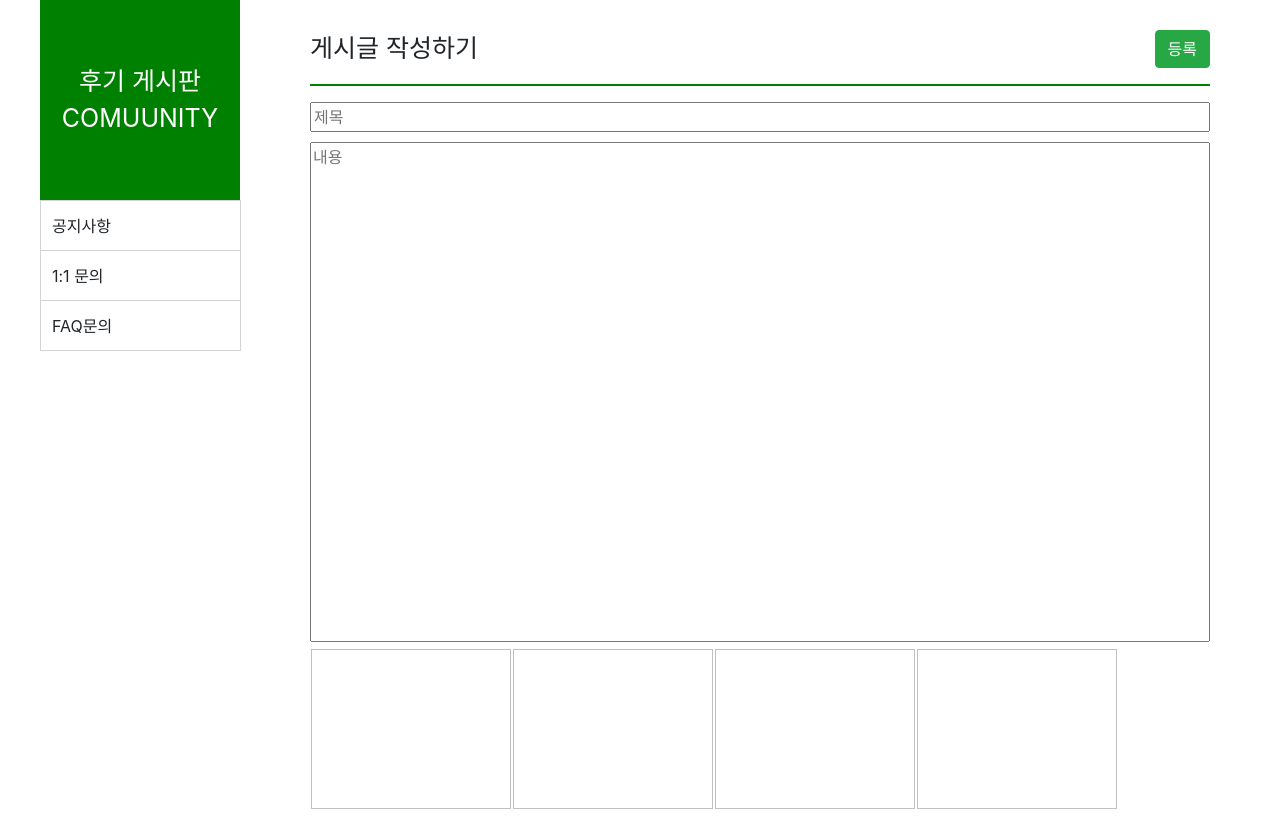
Repository: maru4737/semi
Page: http://localhost/Semi_Project/enroll.fd
These files come from the project's save history. The page is drawn as it stood at one moment and after the next save; the edit follows.
The browser window is 1280 px wide. The pictures show the whole page.
The page is served by Tomcat 9. Other server files are loaded and not shown.

Above is the page before, as saved 2021-12-06 09:54:07.

### Semi_Project/WebContent/views/board/boardEnrollView.jsp
<%@ page language="java" contentType="text/html; charset=UTF-8"
	pageEncoding="UTF-8"%>
	<%String alertMsg = (String)session.getAttribute("alertMsg"); %>
<!DOCTYPE html>
<html>
<head>
<meta charset="UTF-8">
<meta http-equiv="X-UA-Compatible" content="IE=edge">
<meta name="viewport" content="width=device-width, initial-scale=1.0">
<title>자유게시판</title>
<!-- Latest compiled and minified CSS -->
<link rel="stylesheet"
	href="https://maxcdn.bootstrapcdn.com/bootstrap/4.5.2/css/bootstrap.min.css">

<!-- jQuery library -->
<script
	src="https://ajax.googleapis.com/ajax/libs/jquery/3.5.1/jquery.min.js"></script>

<!-- Popper JS -->
<script
	src="https://cdnjs.cloudflare.com/ajax/libs/popper.js/1.16.0/umd/popper.min.js"></script>

<!-- Latest compiled JavaScript -->
<script
	src="https://maxcdn.bootstrapcdn.com/bootstrap/4.5.2/js/bootstrap.min.js"></script>

<style>
.wrap {
	width: 1200px;
	margin: 0px auto;
}

#header {
	width: 100%;
	height: 200px;
}

#board-side {
	float: left;
	width: 20%;
}

#board-title {
	width: 200px;
	height: 200px;
	background: green;
	font-size: 25px;
	font-display: none;
	text-decoration: none;
	text-align: center;
	color: white;
	text-align: center;
	display: table-cell;
	vertical-align: middle;
}

#board-center {
	float: left;
	padding: 30px;
	width: 80%;
}

.hr1 {
	border: 0;
	height: 2px;
	background: green;
}

.table-side td {
	border: 1px solid lightgrey;
	width: 200px;
	height: 50px;
	text-indent: 10px;
	text-align: left;
}

.table-side tr:hover {
	color: green;
}

#board-center-header>span {
	font-size: 25px;
}

#title {
	width: 100%;
	resize: none;
	margin-bottom: 10px;
}

#content {
	width: 100%;
	height: 500px;
	resize: none;
}

.input-file {
	margin: 10px 0px;
}
</style>
</head>

<body>
	<div class="wrap">

		<form action="/javajo/insert.fb" id="enroll-form" method="post"
			enctype="multipart/form-data">

			<input type="hidden" name="userNo" value="1">

			<div id="board-body">
				<div id="board-side">
					<div id="board-title" onclick="location.href=''"
						style="cursor: pointer;">
						<span>후기 게시판</span><br>COMUUNITY
					</div>
					<table class="table-side">
						<tr>
							<td>공지사항</td>
						</tr>
						<tr>
							<td>1:1 문의</td>
						</tr>
						<tr>
							<td>FAQ문의</td>
						</tr>
					</table>
				</div>
				<div id="board-center">
					<div id="board-center-header">
						<span>게시글 작성하기</span>
						<button type="submit" class="btn btn-success"
							style="float: right;" name="submit">등록</button>
					</div>
					<hr class="hr1">
					<div id="in_title">
						<input type="text" name="title" id="title" placeholder="제목"
							required>
					</div>

					<div id="in_content">
						<textarea name="content" id="content" placeholder="내용" required></textarea>
					</div>

					<!-- 미리보기 영역-->
					<table>

						<tr>
							<td><img id="titleImg" width="200" height="160" ></td>
							<td><img id="contentImg1" width="200" height="160"></td>
							<td><img id="contentImg2" width="200" height="160"></td>
							<td><img id="contentImg3" width="200" height="160"></td>
						</tr>
					</table>


					<div id="file-area">
						<input type="file" id="file1" name="file1" onchange="loadImg(this,1)" required>
						<input type="file" id="file2" name="file2" onchange="loadImg(this,2)">
						<input type="file" id="file3" name="file3" onchange="loadImg(this,3)">
						<input type="file" id="file4" name="file4" onchange="loadImg(this,4)">
					</div>

					<script>
						$(function() {

							$("#file-area").hide();

							$("#titleImg").click(function() {
								$("#file1").click();
							});

							$("#contentImg1").click(function() {
								$("#file2").click();
							})
							$("#contentImg2").click(function() {
								$("#file3").click();
							})
							$("#contentImg3").click(function() {
								$("#file4").click();
							})
						});

						function loadImg(inputFile, num) {

							// inputFile : 현재 변화가 생긴 <input type="file"> 요소 객체
							// num : 몇번째 input 요소인지 확인 후 그 해당 영역에 미리보기 하기 위한 변수

							console.log(inputFile.files.length);
							// inputFile.files.length : 파일 선택 시 1, 파일 선택 취소 시 0이 찍힘
							// => 파일의 존재 유무를 알 수 있다.

							// files 속성 " 업로드된 파일의 정보들을 배열 형식으로 여러개 묶어서 반환"

							if (inputFile.files.length == 1) { // 파일이 있는 경우

								// 선택된 파일을 읽어들여서 그 영역에 맞는 곳에 미리보기

								// 파일을 읽어들일 FileReader 객체 생성
								var reader = new FileReader();

								// FileReader 객체로부터 파일을 읽어들이는 메소드를 호출
								// 어느 파일을 읽어들일건지 매개변수로 제시해야함 !!
								// 0번 인덱스에 담긴 파일 정보를 제시
								reader.readAsDataURL(inputFile.files[0]);
								// => 해당 파일을 읽어들이는 순간
								//    해당 그 파일만의 고유한 url 이 부여됨
								// => 해당 url 을 src 속성으로 부여할것 !

								// 파일 읽기가 완료되었을 때 실행할 함수를 정의
								reader.onload = function(e) {
									// e의 target => e.target => 이벤트 당한 객체 (this)

									// e 의 target.result 에 각 파일의 url 이 담긴다.
									// e.target.result == this.result

									// 각 영역에 맞춰서 이미지 미리보기
									switch (num) {
									case 1:
										$("#titleImg").attr("src", e.target.result);
										break;
									case 2:
										$("#contentImg1").attr("src", e.target.result);
										break;
									case 3:
										$("#contentImg2").attr("src", e.target.result);
										break;
									case 4:
										$("#contentImg3").attr("src", e.target.result);
										break;
									}
								};

							} else { // 파일이 없는 경우
								// 미리보기 사라지게 하기
								// src=null 을 담아서 사라지게 할 것

								switch (num) {
								case 1:
									$("#titleImg").attr("src", null);
									break;
								case 2:
									$("#contentImg1").attr("src", null);
									break;
								case 3:
									$("#contentImg2").attr("src", null);
									break;
								case 4:
									$("#contentImg3").attr("src", null);
									break;
								}

							}

						}
					</script>

				</div>
			</div>
		</form>
	</div>
</body>

</html>

### Semi_Project/src/com/kh/f_board/controller/F_boardEnrollController.java
package com.kh.f_board.controller;

import java.io.IOException;
import javax.servlet.ServletException;
import javax.servlet.annotation.WebServlet;
import javax.servlet.http.HttpServlet;
import javax.servlet.http.HttpServletRequest;
import javax.servlet.http.HttpServletResponse;

/**
 * Servlet implementation class F_boardEnrollController
 */
@WebServlet("/enroll.fd")
public class F_boardEnrollController extends HttpServlet {
	private static final long serialVersionUID = 1L;

    /**
     * @see HttpServlet#HttpServlet()
     */
    public F_boardEnrollController() {
        super();
        // TODO Auto-generated constructor stub
    }

	/**
	 * @see HttpServlet#doGet(HttpServletRequest request, HttpServletResponse response)
	 */
	protected void doGet(HttpServletRequest request, HttpServletResponse response) throws ServletException, IOException {

		request.getRequestDispatcher("views/board/boardEnrollView.jsp").forward(request, response);

	}

	/**
	 * @see HttpServlet#doPost(HttpServletRequest request, HttpServletResponse response)
	 */
	protected void doPost(HttpServletRequest request, HttpServletResponse response) throws ServletException, IOException {
		// TODO Auto-generated method stub
		doGet(request, response);
	}

}

After the next save:
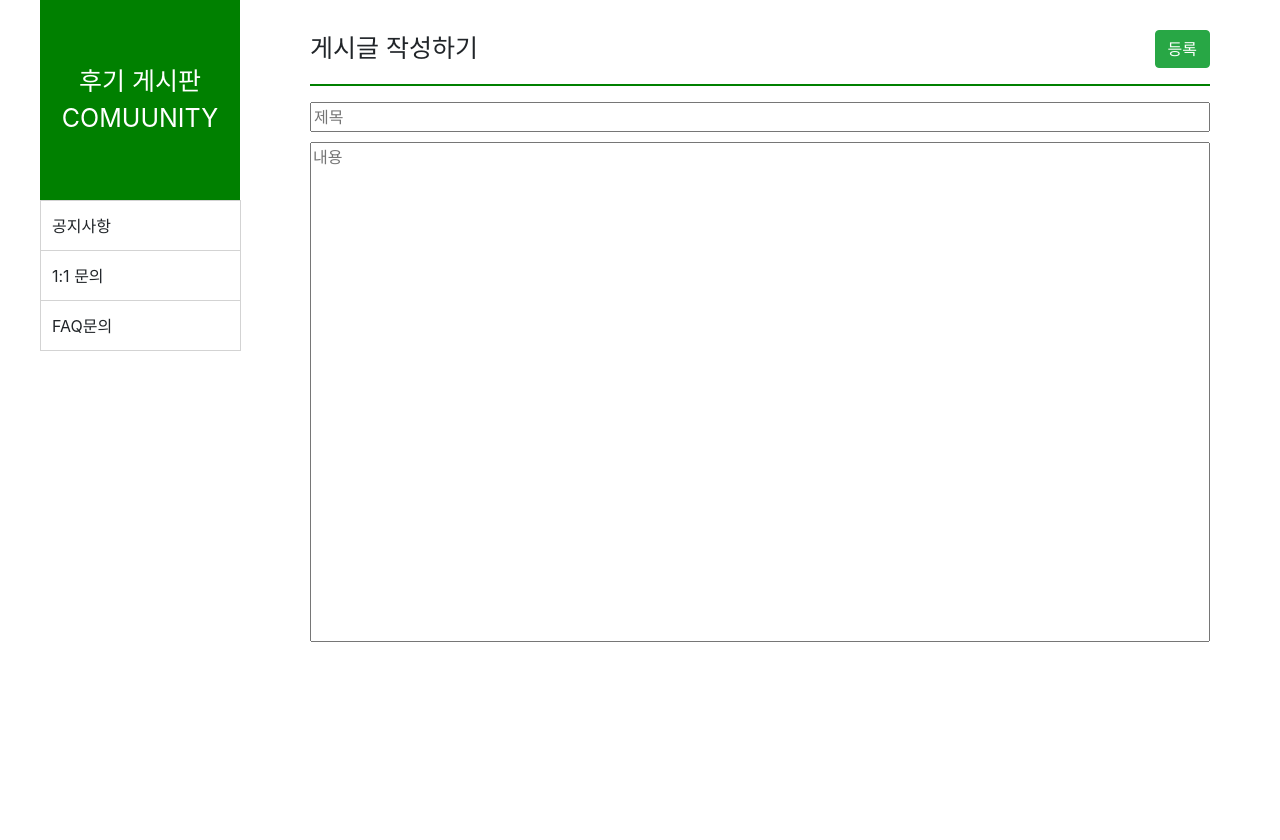
Saved 36 s later.
--- a/Semi_Project/WebContent/views/board/boardEnrollView.jsp
+++ b/Semi_Project/WebContent/views/board/boardEnrollView.jsp
@@ -146,10 +146,10 @@
 					<table>
 
 						<tr>
-							<td><img id="titleImg" width="200" height="160" ></td>
-							<td><img id="contentImg1" width="200" height="160"></td>
-							<td><img id="contentImg2" width="200" height="160"></td>
-							<td><img id="contentImg3" width="200" height="160"></td>
+							<td><img id="titleImg" width="25%" height="160" ></td>
+							<td><img id="contentImg1" width="25%" height="160"></td>
+							<td><img id="contentImg2" width="25%" height="160"></td>
+							<td><img id="contentImg3" width="25%" height="160"></td>
 						</tr>
 					</table>
 
